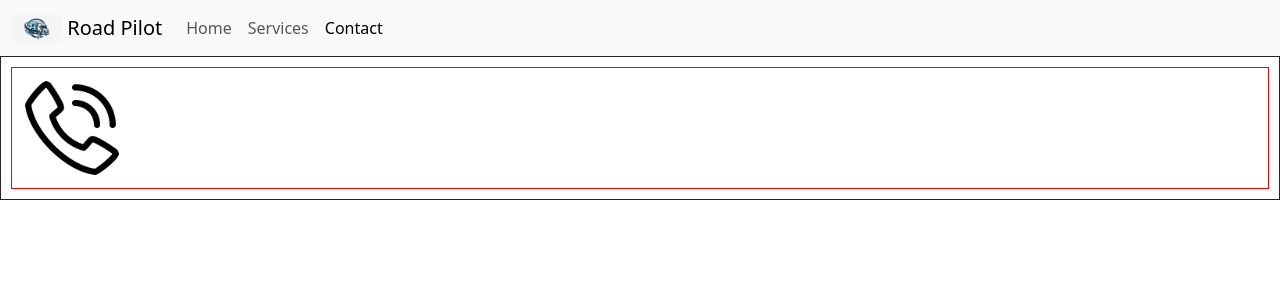
Repository: VictoriousMango/WebCreator
Page: pages/contact.html
These files come from the project's save history. The page is drawn as it stood at one moment and after a run of saves; the edit follows.
The browser window is 1280 px wide. The pictures show the whole page.

Above is the page before, as saved 2024-11-09 12:37:05.

After the next 3 saves:
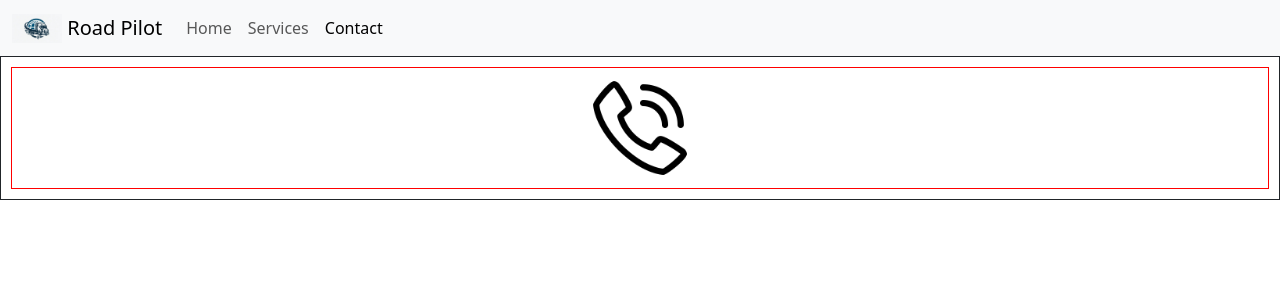
The 3 saves are shown as one change because they came seconds apart.
The last was saved 9 s later.
--- a/assets/css/contact.css
+++ b/assets/css/contact.css
@@ -4,12 +4,12 @@
 }
 
 .contact__links {
+    display: flex;
+    justify-content: space-evenly;
     border: 1px solid red;
     padding: 10px;
 }
 
 .contact__linksIMG {
-    display: flex;
-    justify-content: space-evenly;
     width: 100px;
 }
